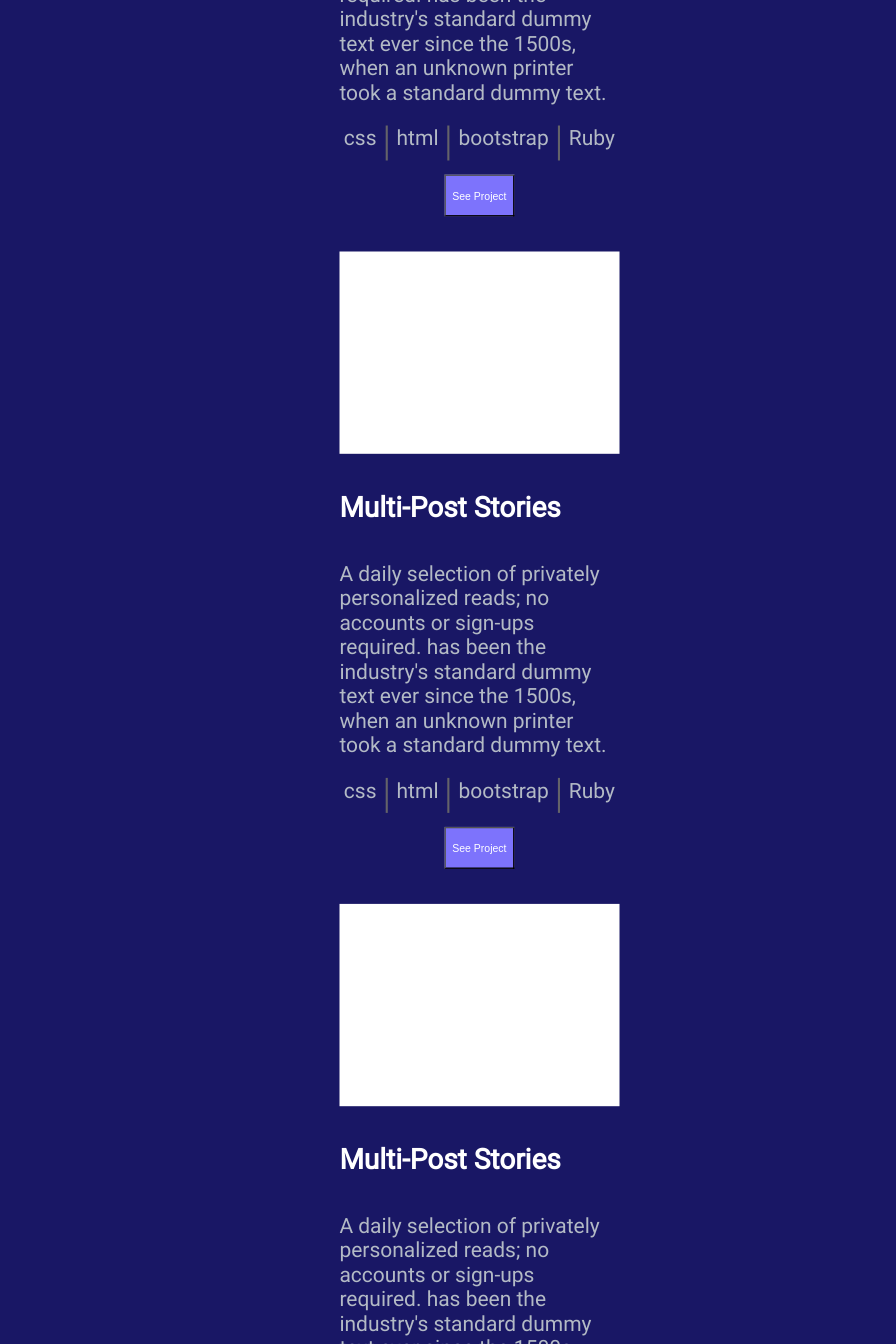
Repository: mustabbas/Portfolio
Page: index.html
These files come from the project's save history. The page is drawn as it stood at one moment and after the next save; the edit follows.
The browser window is 1280 px wide. The pictures show the part of the page from y = 1785 to 3705 px (the page is 5808 px tall), at 70% of full size.

Above is the page before, as saved 2021-08-17 17:47:37.

### index.html
<!DOCTYPE html>
<html lang="en">
<head>
    <meta charset="UTF-8">
    <meta name="viewport" content="width=device-width, initial-scale=1.0">
    <meta http-equiv="X-UA-Compatible" content="ie=edge">
    <link rel="stylesheet" href="style.css"/>
    <title>Mustafa Portfolio</title>
</head>
<body>
    <section class="container">
        <header class="header">
            <a href="#"><h2>Mustafa Abbas</h2></a>
            <nav class="humberger">
            <img  src="./assets/img/humberger.png" alt="humberger"/>
            <img  src="./assets/img/humberger.png" alt="humberger"/>
            <img  src="./assets/img/humberger.png" alt="humberger"/>
            </nav>
            <ul class="main-nav">
                <li><a href="#">Portoflio</a></li>
                <li><a href="#">About</a></li>
                <li><a href="#">Contact</a></li>
                <li ><a href="#"><img class="email-pic" src="./assets/img/Icon-Mail.png" alt="email"/></a></li >
            </ul>
        </header>
        <div class="head-wraper">
            <div class="title-wraper">
                <h1>Mustafa Abbas</h1>
                <h2>Software Developer</h2>
            </div>
        </div>
        <div class="box"><p>I can help you build a product , feature or website Look through some of my work and experience! If you like what you see and have a project you need coded,  don’t hestiate to contact me.</p></div>
        <div class="line"></div>
        <div class="skills">
        <ul>
            <li>Language</li>
            <li>Javascript</li>
            <li>Ruby</li>
            <li>Html</li>
            <li>Css</li>
        </ul>
        <ul>
            <li>Frameworks</li>
            <li>Ruby on Rails</li>
            <li>Bootstrap</li>
            <li>RSPec</li>
            <li>CapyBara</li>
        </ul>
        <ul>
            <li>Skills</li>
            <li>Codekit</li>
            <li>Github</li>
            <li>Codepen</li>
            <li>Gitlab</li>
        </ul>
      </div>
      <div class="line"></div>
    </section>
        <div class="footer-nav">
            <div class="work-container upper">
            <span>Work</span>
            <div class="arrow-container">
            <img src="./assets/img/Vector-line-arrow.png" alt="Vector-line-arrow"/>
            <img src="./assets/img/Vector-arrow.png" alt="Vector-arrow"/>
             </div>
            </div>
            <div class="vector-container">
                <ul>
                    <li><img src="./assets/img/Vector-github.png" alt="Vector-github"/></li>
                    <li>
                        <div class="linked-container">
                            <div>
                                <img src="./assets/img/Vector-dot-linkedin.png" alt="Vector-dot-linkedin"/>
                                <img src="./assets/img/Vector-line-linkedin.png" alt="Vector-line-linkedin"/>
                          </div>
                                <img id="vector2" src="./assets/img/Vector-n-linkedin.png" alt="Vector-n-linkedin"/>
                         </div>
                    </li>
                    <li> <img src="./assets/img/Vector.png" alt="Vector"/></li>
                    <li><img src="./assets/img/Vector-twitter.png" alt="Vector-twitter"/></li>
                    <li> <img src="./assets/img/Vector-M.png" alt="Vector-M"/></li>
                </ul>

             </div>
             <div class="work-container">
            <div class="arrow-container">
            <img src="./assets/img/Vector-line-arrow.png" alt="Vector-line-arrow"/>
            <img src="./assets/img/Vector-arrow.png" alt="Vector-arrow"/>
            </div>
            <span>Work</span>
            </div>
        </div>
    <section class="recent-work">
    <h3>My recent work</h3>
    <div class="line"></div>
    <div class="card">
       <img src="./assets/img/Placeholder.png" alt="Placeholder"/>
       <div class="card-body">
           <h4>Multi-Post Stories</h4>
           <p>A daily selection of privately personalized reads; no accounts or sign-ups required. has been the industry's standard dummy text ever since the 1500s, when an unknown printer took a standard dummy text.</p>
            <ul>
                <li>css</li>
                <li class="vertical-line"></li>
                <li>html</li>
                <li class="vertical-line"></li>
                <li>bootstrap</li>
                <li class="vertical-line"></li>
                <li>Ruby</li>
            </ul>
            <button class="button">See Project</button>
       </div>
    </div>
    <div class="card">
        <img src="./assets/img/Placeholder.png" alt="Placeholder"/>
        <div class="card-body">
            <h4>Multi-Post Stories</h4>
            <p>A daily selection of privately personalized reads; no accounts or sign-ups required. has been the industry's standard dummy text ever since the 1500s, when an unknown printer took a standard dummy text.</p>
             <ul>
                 <li>css</li>
                 <li class="vertical-line"></li>
                 <li>html</li>
                 <li class="vertical-line"></li>
                 <li>bootstrap</li>
                 <li class="vertical-line"></li>
                 <li>Ruby</li>
             </ul>
             <button class="button">See Project</button>
        </div>
     </div>
     <div class="card">
        <img src="./assets/img/Placeholder.png" alt="Placeholder"/>
        <div class="card-body">
            <h4>Multi-Post Stories</h4>
            <p>A daily selection of privately personalized reads; no accounts or sign-ups required. has been the industry's standard dummy text ever since the 1500s, when an unknown printer took a standard dummy text.</p>
             <ul>
                 <li>css</li>
                 <li class="vertical-line"></li>
                 <li>html</li>
                 <li class="vertical-line"></li>
                 <li>bootstrap</li>
                 <li class="vertical-line"></li>
                 <li>Ruby</li>
             </ul>
             <button class="button">See Project</button>
        </div>
     </div>
     <div class="card">
        <img src="./assets/img/Placeholder.png" alt="Placeholder"/>
        <div class="card-body">
            <h4>Multi-Post Stories</h4>
            <p>A daily selection of privately personalized reads; no accounts or sign-ups required. has been the industry's standard dummy text ever since the 1500s, when an unknown printer took a standard dummy text.</p>
             <ul>
                 <li>css</li>
                 <li class="vertical-line"></li>
                 <li>html</li>
                 <li class="vertical-line"></li>
                 <li>bootstrap</li>
                 <li class="vertical-line"></li>
                 <li>Ruby</li>
             </ul>
             <button class="button">See Project</button>
        </div>
     </div>
    </section>

    <section class="card-container">
        <div class="card">
        <div class="card-body">
        <h3>CONTACT US</h3>
        <p>If you have an application you are interested in developing, a feature that you need built or a project that needs coding. I’d love to help with it </p>
        <form>
        <input type="text" placeholder="Text Input" maxlength="30" required/>
        <input type="email" placeholder="jeremy@gmail.com" required/>
        <textarea rows="15" cols="48" placeholder="Enter text here" maxlength="500" required></textarea>
        <button class="button">See Project</button>
        </form>
        </div>
        <div class="footer-nav">
            <div class="work-container upper">
            <span>Work</span>
            <div class="arrow-container">
            <img src="./assets/img/Vector-line-arrow.png" alt="Vector-line-arrow"/>
            <img src="./assets/img/Vector-arrow.png" alt="Vector-arrow"/>
             </div>
            </div>
            <div class="vector-container">
                <ul>
                    <li><img src="./assets/img/Vector-github.png" alt="Vector-github"/></li>
                    <li>
                        <div class="linked-container">
                            <div>
                                <img src="./assets/img/Vector-dot-linkedin.png" alt="Vector-dot-linkedin"/>
                                <img src="./assets/img/Vector-line-linkedin.png" alt="Vector-line-linkedin"/>
                          </div>
                                <img src="./assets/img/Vector-n-linkedin.png" alt="Vector-n-linkedin"/>
                         </div>
                    </li>
                    <li> <img src="./assets/img/Vector.png" alt="Vector"/></li>
                    <li><img src="./assets/img/Vector-twitter.png" alt="Vector-twitter"/></li>
                    <li> <img src="./assets/img/Vector-M.png" alt="Vector-M"/></li>
                </ul>

             </div>
            <span>emailhere@email.com</span>
        </div>
    </div>
    </section>


</body>
</html>

### style.css
@font-face {
  font-family: 'roboto';
  src: url(assets/font/Roboto/Roboto-Regular.ttf);
}

body {
  background-color: #191765;
  font-family: 'roboto', sans-serif;
}

ul {
  margin: 0;
  padding: 0;
  list-style: none;
}

h1 {
  color: #9390ff;
}

p,
h2,
td,
li,
a,
span {
  color: #b3bac5;
}

.header {
  display: flex;
  justify-content: space-around;
  align-items: center;
}

.header a {
  text-decoration: none;
}

.main-nav {
  display: flex;
}

.main-nav a {
  display: block;
  padding: 1em;
  text-decoration: none;
}

.head-wraper {
  display: flex;
  justify-content: center;
  align-items: center;
  background-image: url("./assets/img/circle1header.svg");
  background-repeat: no-repeat;
  background-position: -160px -50px;
}

.title-wraper {
  flex-direction: column;
  justify-content: center;
}

.title-wraper h1 {
  font-size: 3rem;
}

.title-wraper h2 {
  font-size: 2rem;
  margin-top: 0;
}

.container {
  display: flex;
  flex-direction: column;
  justify-content: center;
  align-items: center;
  width: 500px;
}

.box {
  min-width: 450px;
  width: 33.333%;
  margin: 50px;
}

.box p {
  font-size: 20px;
  font-weight: 300;
  text-align: center;
  color: #b3bac5;
}

.line {
  min-width: 450px;
  width: 33.333%;
  border-bottom: 1px solid #646369;
}

.skills {
  display: flex;
  justify-content: space-between;
  flex-wrap: wrap;
  width: 500px;
  background-image: url("./assets/img/circle1header.svg");
  background-repeat: no-repeat;
  background-position: 400px 10px;
}

.skills ul {
  width: 40%;
  margin-top: 20px;
  margin-left: 40px;
}

.skills li {
  margin: 20px;
}

.skills ul li:first-child {
  color: #9390ff;
}

.email-pic {
  color: #b3bac5;
}

.footer-nav {
  display: flex;
  justify-content: space-around;
  align-items: center;
  margin-top: 40px;
}

.work-container .work-container2 {
  display: flex;
  justify-content: space-around;
}

.vector-container ul {
  display: flex;
  justify-content: center;
  align-items: center;
}

.vector-container img {
  margin-left: 10px;
}

.arrow-container {
  display: flex;
  flex-direction: column;
  align-items: flex-start;
  margin-right: 10px;
}

.arrow-container img:first-child {
  margin-left: 9px;
}

.arrow-container img:last-child {
  margin-top: -8px;
}

.linked-container {
  display: flex;
}

.linked-container div {
  display: flex;
  flex-direction: column;
}

#vector2 {
  margin-left: auto;
}

h3 {
  font-size: 45px;
  color: #9390ff;
  margin: 20px;
  text-transform: uppercase;
  margin-left: 150px;
}

.recent-work {
  display: grid;
  grid-template-columns: auto;
  grid-template-rows: auto;
  justify-content: center;
}

.card-container {
  display: grid;
  grid-template-columns: auto;
  grid-template-rows: auto;
  justify-content: center;
}

.card {
  display: flex;
  flex-direction: column;
  width: 400px;
  margin-left: 120px;
  margin-top: 50px;
}

.card-body h4 {
  font-size: 40px;
  color: #fff;
}

.card-body p {
  font-size: 30px;
  text-align: left;
}

.card-body h3 {
  font-size: 45px;
  color: #9390ff;
  margin: 20px;
  text-transform: uppercase;
}

.card-body ul {
  display: flex;
  justify-content: space-around;
  font-size: 30px;
  text-align: left;
}

.vertical-line {
  height: 50px;
  border-right: 3px solid #646369;
}

.button {
  background-color: #7d73fc;
  width: 100px;
  height: 60px;
  color: #fff;
  font-size: 15px;
  margin-top: 20px;
  margin-left: 150px;
}

.button:hover {
  box-shadow: 0 8px 16px rgba(125, 115, 252, 0.48);
}

input {
  width: 100%;
  height: 60px;
  padding: 12px 20px;
  margin: 8px 0;
  display: inline-block;
  border: 1px solid #ccc;
  border-radius: 4px;
  box-sizing: border-box;
}

textarea::placeholder {
  font-size: 20px;
  padding: 20px;
}

@media only screen and (max-width: 500px) {
  .header {
    width: 500px;
    justify-content: space-around;
  }

  .header ul {
    display: none;
  }

  .main-nav {
    flex-direction: column;
  }

  .head-wraper {
    width: 500px;
  }

  .head-wraper img {
    margin-left: -200px;
  }

  .right {
    margin-right: -100px;
  }

  .container img {
    margin-right: -500px;
  }

  .humberger {
    display: flex;
    flex-direction: column;
    justify-content: space-between;
  }

  .humberger img {
    width: 33.33px;
    height: 3px;
    margin: 5px;
    background-color: #b3bac5;
  }

  .footer-nav {
    width: 500px;
    flex-direction: column;
  }

  .upper {
    display: none !important;
  }

  .work-container {
    display: flex;
    margin-top: 30px;
  }
}

After the next save:
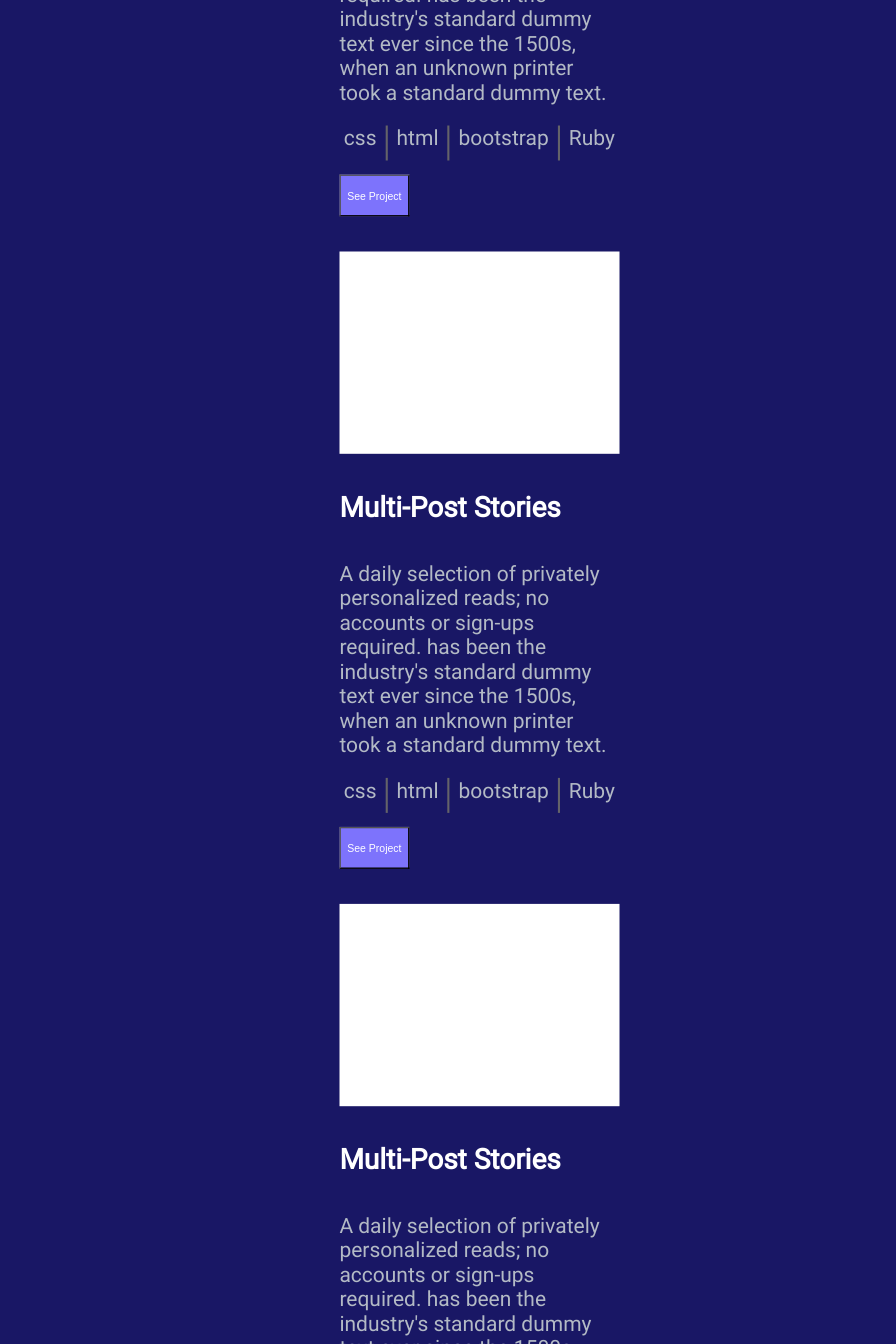
Saved 3 min 48 s later.
--- a/style.css
+++ b/style.css
@@ -241,7 +241,6 @@ h3 {
   color: #fff;
   font-size: 15px;
   margin-top: 20px;
-  margin-left: 150px;
 }
 
 .button:hover {
